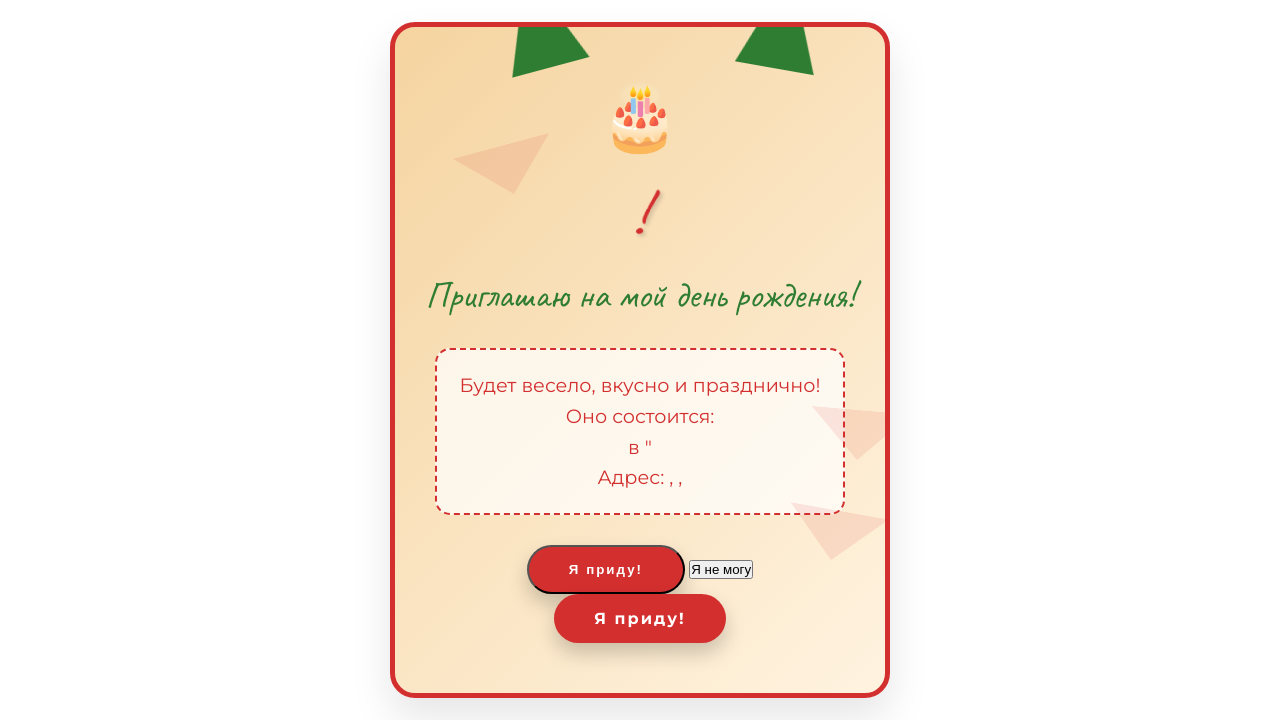
Repository: ll9llall9ll/users-management
Page: templates/6.html
An editor plug-in stored every save of this project. The page is shown before and after the next save, followed by the edit.
The browser window is 1280 px wide. The pictures show the whole page.
The template is drawn by Flask 3. The application's start-up code is not run. Other server files are loaded and not shown. The template is opened directly, without the code that normally fills it, so the values that code supplies are empty.

Above is the page before, as saved 2025-03-04 20:08:22.

### templates/6.html
<!DOCTYPE html>
<html lang="ru">
<head>
    <meta charset="UTF-8">
    <meta name="viewport" content="width=device-width, initial-scale=1.0">
    <title>День Рождения в Пиццерии!</title>
    <link href="https://fonts.googleapis.com/css2?family=Caveat:wght@400;700&family=Montserrat:wght@400;700&display=swap" rel="stylesheet">
    <style>
        :root {
            --color-tomato-red: #D32F2F;
            --color-pizza-dough: #F5D4A0;
            --color-basil-green: #2E7D32;
            --color-cheese-yellow: #FFC107;
            --color-background: #FFFFFF;
        }

        * {
            margin: 0;
            padding: 0;
            box-sizing: border-box;
        }

        body {
            font-family: 'Montserrat', sans-serif;
            background-color: var(--color-background);
            display: flex;
            justify-content: center;
            align-items: center;
            min-height: 100vh;
            perspective: 1000px;
            overflow: hidden;
            color: var(--color-tomato-red);
        }

        .invitation-container {
            width: 500px;
            background: linear-gradient(135deg, var(--color-pizza-dough), #FFF3E0);
            border-radius: 25px;
            box-shadow: 0 20px 40px rgba(0,0,0,0.1);
            position: relative;
            overflow: hidden;
            text-align: center;
            padding: 50px 20px;
            border: 5px solid var(--color-tomato-red);
        }

        .pizza-decoration {
            position: absolute;
            width: 100%;
            height: 100%;
            pointer-events: none;
            z-index: 1;
        }

        .pizza-slice {
            position: absolute;
            width: 100px;
            height: 100px;
            background-color: var(--color-tomato-red);
            clip-path: polygon(50% 50%, 0 0, 100% 0);
            opacity: 0.1;
            transform: rotate(var(--rotation));
        }

        .party-props {
            position: absolute;
            top: -50px;
            width: 100%;
            display: flex;
            justify-content: space-around;
            z-index: 10;
        }

        .pizza-hat {
            width: 80px;
            height: 100px;
            background-color: var(--color-basil-green);
            clip-path: polygon(50% 0%, 0% 100%, 100% 100%);
            transform: rotate(var(--rotation));
            animation: hat-bounce 2s infinite alternate;
        }

        @keyframes hat-bounce {
            0% { transform: translateY(0) rotate(var(--rotation)); }
            100% { transform: translateY(-10px) rotate(var(--rotation)); }
        }

        .fireworks {
            position: absolute;
            width: 100%;
            height: 100%;
            pointer-events: none;
        }

        .firework {
            position: absolute;
            width: 10px;
            height: 10px;
            background-color: var(--firework-color);
            border-radius: 50%;
            opacity: 0;
            animation: firework 1.5s ease-out;
        }

        @keyframes firework {
            0% {
                transform: scale(0);
                opacity: 1;
            }
            100% {
                transform: scale(2);
                opacity: 0;
            }
        }

        .pizza-emoji {
            font-size: 4rem;
            margin-bottom: 20px;
        }

        .name-highlight {
            font-family: 'Caveat', cursive;
            font-size: 60px;
            color: var(--color-tomato-red);
            text-shadow: 2px 2px 4px rgba(0,0,0,0.2);
            margin-bottom: 20px;
            animation: name-bounce 1s infinite alternate;
        }

        @keyframes name-bounce {
            0% { transform: scale(1) rotate(-5deg); }
            100% { transform: scale(1.05) rotate(5deg); }
        }

        .invitation-text {
            font-family: 'Caveat', cursive;
            font-size: 37px;
            color: var(--color-basil-green);
            margin-bottom: 30px;
        }

        .event-details {
            background-color: rgba(255,255,255,0.7);
            border-radius: 15px;
            padding: 20px;
            margin: 0 20px 30px;
            font-size: 1.2rem;
            line-height: 1.6;
            border: 2px dashed var(--color-tomato-red);
        }

        .btn-confirm {
            cursor: pointer;
            display: inline-block;
            padding: 15px 40px;
            background-color: var(--color-tomato-red);
            color: white;
            text-decoration: none;
            border-radius: 50px;
            font-weight: bold;
            letter-spacing: 2px;
            transition: all 0.3s ease;
            box-shadow: 0 10px 20px rgba(0,0,0,0.2);
        }

        .btn-confirm:hover {
            transform: translateY(-5px);
            box-shadow: 0 15px 30px rgba(0,0,0,0.3);
            background-color: var(--color-basil-green);
        }
    </style>
</head>
<body>
    <div class="invitation-container">
        <div class="pizza-decoration">
            <div class="pizza-slice" style="top: 10%; left: 10%; --rotation: -15deg;"></div>
            <div class="pizza-slice" style="bottom: 20%; right: 5%; --rotation: 10deg;"></div>
            <div class="pizza-slice" style="top: 50%; left: 80%; --rotation: 5deg;"></div>
        </div>

        <div class="party-props">
            <div class="pizza-hat" style="--rotation: -15deg;"></div>
            <div class="pizza-hat" style="--rotation: 10deg;"></div>
        </div>

        <div class="fireworks"></div>

        <div class="pizza-emoji">🎂</div>

        <div class="name-highlight">{{invitation.name}}!</div>

        <div class="invitation-text">
            Приглашаю на мой день рождения!
        </div>

        <div class="event-details">
            <p>Будет весело, вкусно и празднично!</p>
            <p>Оно состоится: {{ event.date }} </p>
            <p>в {{ event.hall_name }}"</p>
            <p>Адрес: {{ event.address_country }} , {{ event.address_city }} , {{ event.address_line }} </p>
        </div>
        <form class="formAC" method="post" action="{{ url_for('invite', h=invitation.hash) }}">
            <button type="submit" name='action' class="btn-confirm"
                onclick="return confirm('Դուք Համոզվա՞ծ եք?')" value="accepted">Я приду!</button>
            <button type="submit" name='action' class="button-no" onclick="return confirm('Դուք Համոզվա՞ծ եք?')"
                value="rejected">Я не могу</button>
        </form>
        <a href="#" class="btn-confirm">Я приду!</a>
    </div>

    <script>
        function createFireworks() {
            const fireworksContainer = document.querySelector('.fireworks');

            function createFirework() {
                const firework = document.createElement('div');
                firework.classList.add('firework');

                firework.style.setProperty('--firework-color', `hsl(${Math.random() * 360}, 100%, 50%)`);
                firework.style.left = `${Math.random() * 100}%`;
                firework.style.top = `${Math.random() * 100}%`;
                firework.style.animationDelay = `${Math.random() * 2}s`;

                fireworksContainer.appendChild(firework);

                setTimeout(() => {
                    fireworksContainer.removeChild(firework);
                }, 2000);
            }

            setInterval(createFirework, 500);
        }

        createFireworks();
    </script>
</body>
</html>

After the next save:
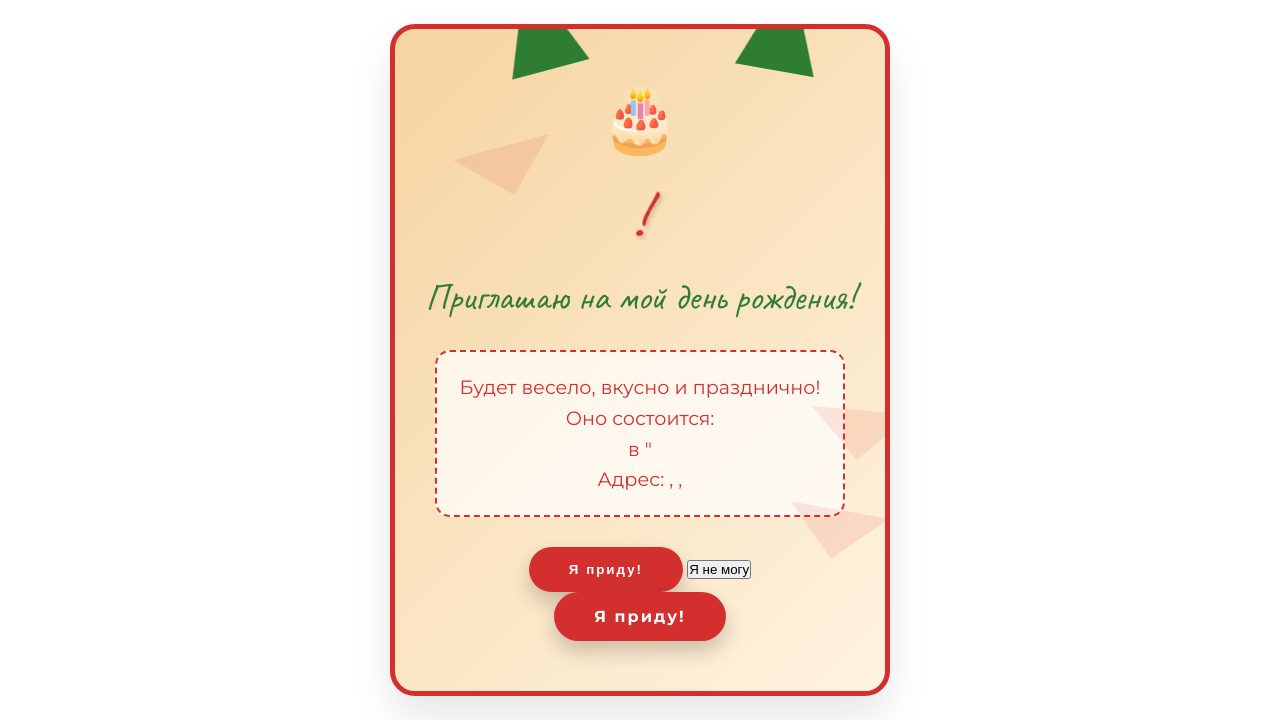
Saved 52 s later.
--- a/templates/6.html
+++ b/templates/6.html
@@ -161,6 +161,8 @@
             letter-spacing: 2px;
             transition: all 0.3s ease;
             box-shadow: 0 10px 20px rgba(0,0,0,0.2);
+            border: none;
+            outline: none; /* Убирает обводку при фокусе */
         }
 
         .btn-confirm:hover {
